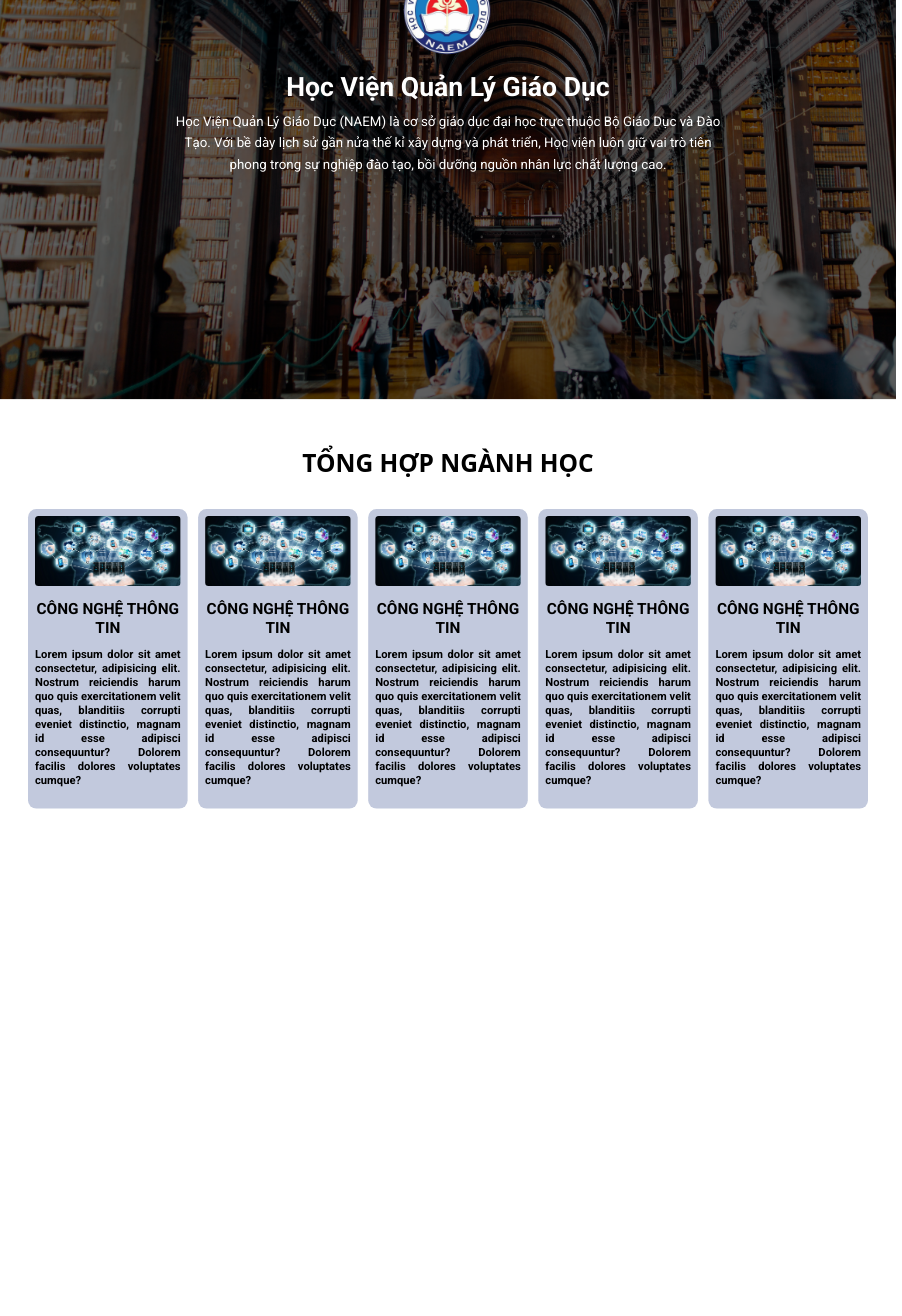
Repository: hongphuck1/trangweb1
Page: index.html
The author's editor kept a copy of each file at every save. The page is drawn from the files as they stood at one save, then again after the next save.
The browser window is 1280 px wide. The page is 1288 px wide, so the pictures cover 1288 px, including what lies to the right of the window. The pictures show the part of the page from y = 1353 to 3233 px (the page is 4941 px tall), at 70% of full size.

Above is the page before, as saved 2021-09-07 02:04:46.

After the next save:
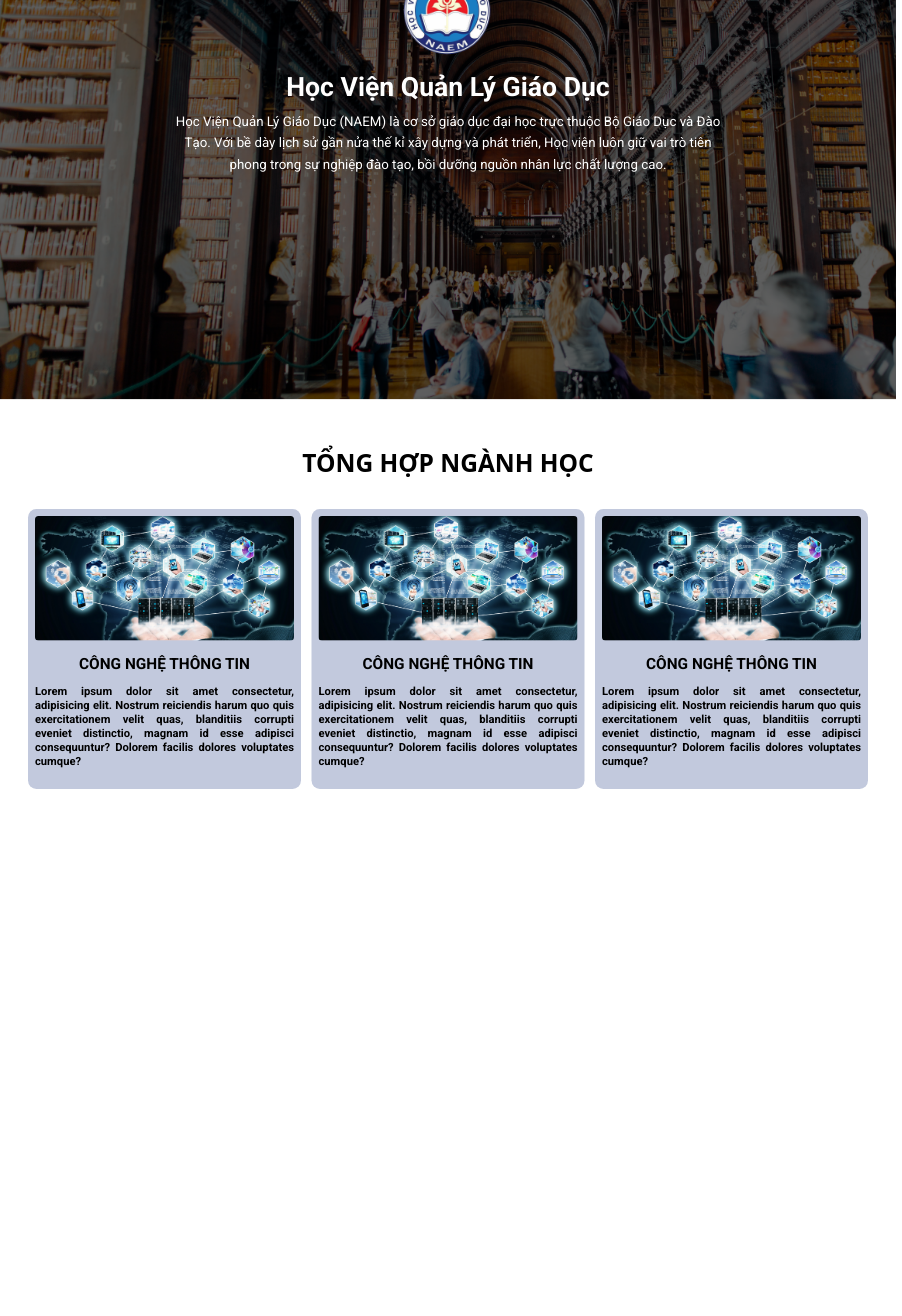
Saved 7 s later.
--- a/index.html
+++ b/index.html
@@ -257,24 +257,6 @@
                   consequuntur? Dolorem facilis dolores voluptates cumque?</h4>
               </div>
             </div>
-            <div class="col l-4">
-              <div class="container-body-subject">
-                <img src="img/congnghethongtin.png" alt="">
-                <h2>CÔNG NGHỆ THÔNG TIN</h2>
-                <h4>Lorem ipsum dolor sit amet consectetur, adipisicing elit. Nostrum reiciendis harum quo quis
-                  exercitationem velit quas, blanditiis corrupti eveniet distinctio, magnam id esse adipisci
-                  consequuntur? Dolorem facilis dolores voluptates cumque?</h4>
-              </div>
-            </div>
-            <div class="col l-4">
-              <div class="container-body-subject">
-                <img src="img/congnghethongtin.png" alt="">
-                <h2>CÔNG NGHỆ THÔNG TIN</h2>
-                <h4>Lorem ipsum dolor sit amet consectetur, adipisicing elit. Nostrum reiciendis harum quo quis
-                  exercitationem velit quas, blanditiis corrupti eveniet distinctio, magnam id esse adipisci
-                  consequuntur? Dolorem facilis dolores voluptates cumque?</h4>
-              </div>
-            </div>
 
           </div>
         </div>
